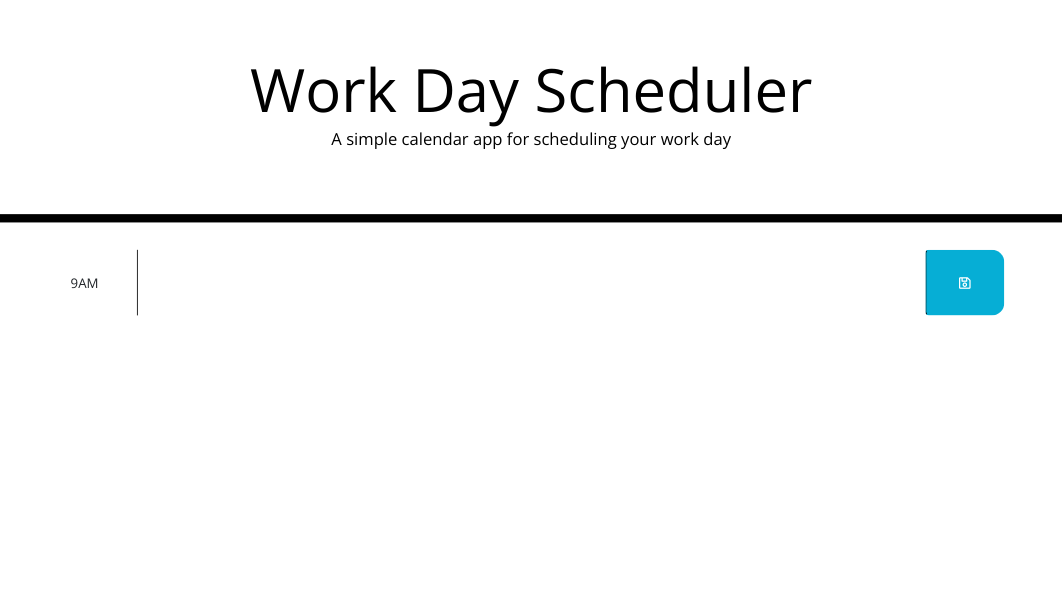
Repository: cobalt88/work-day-scheduler
Page: index.html
An editor plug-in stored every save of this project. The page is shown before and after the next save, followed by the edit.
The browser window is 1280 px wide. The pictures show the whole page, at 83% of full size.
Some web libraries are served in a nearby version.

Above is the page before, as saved 2022-03-25 15:28:17.

After the next save:
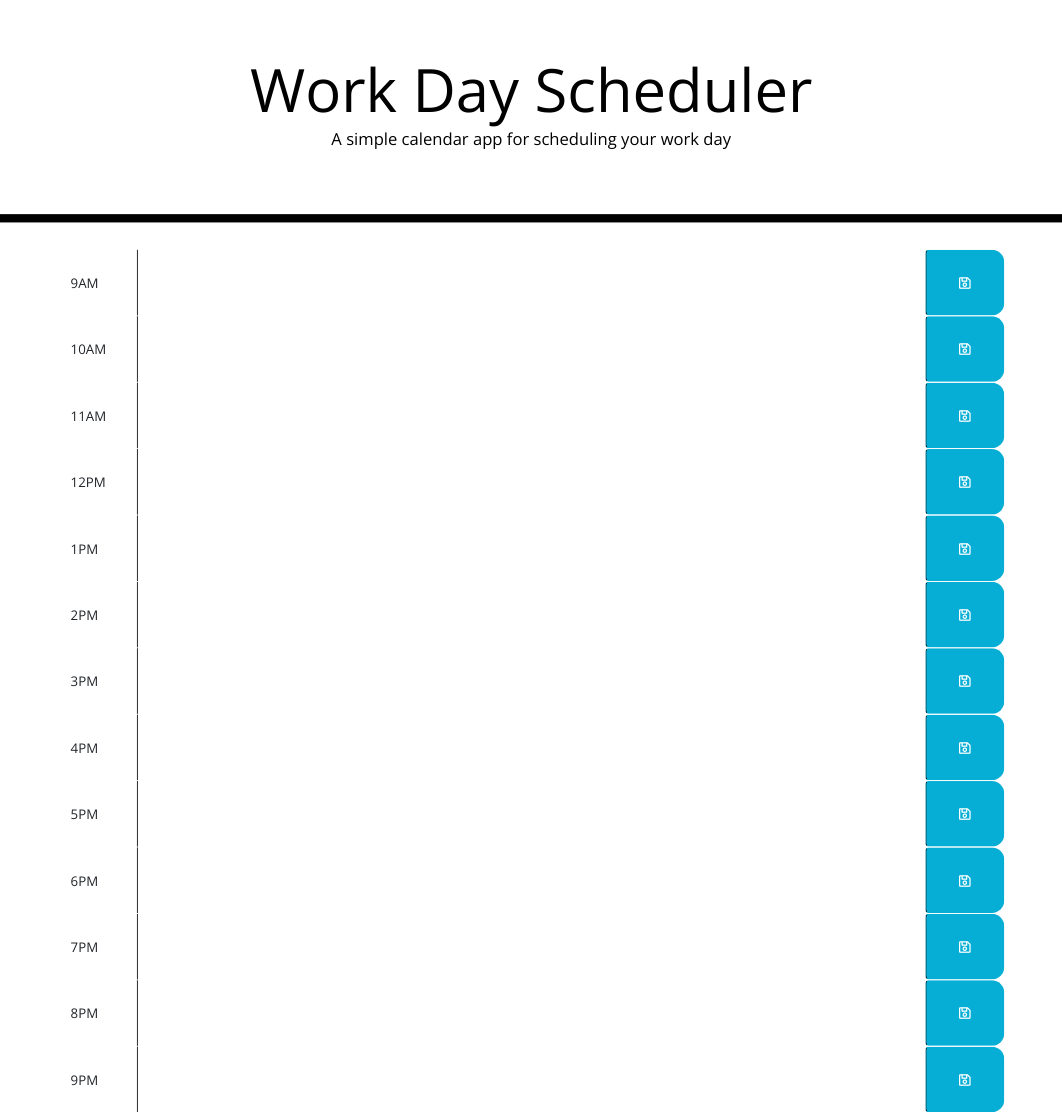
Saved 56 min 15 s later.
--- a/index.html
+++ b/index.html
@@ -30,13 +30,111 @@
     </header>
     <div class="container">
       <!-- Timeblocks go here -->
-      <div class="row time-slot" id="hr-9">
+      <div class="row time-slot" id="hr-9A">
         <div class="col-md-1 ">
           9AM
         </div>
         <textarea class="col-md-10 reservation"></textarea>
         <button class="btn saveBtn col-md-1 far fa-save"></button>
       </div>
+
+      <div class="row time-slot" id="hr-10A">
+        <div class="col-md-1 ">
+          10AM
+        </div>
+        <textarea class="col-md-10 reservation"></textarea>
+        <button class="btn saveBtn col-md-1 far fa-save"></button>
+      </div>
+
+      <div class="row time-slot" id="hr-11A">
+        <div class="col-md-1 ">
+          11AM
+        </div>
+        <textarea class="col-md-10 reservation"></textarea>
+        <button class="btn saveBtn col-md-1 far fa-save"></button>
+      </div>
+
+      <div class="row time-slot" id="hr-12P">
+        <div class="col-md-1 ">
+          12PM
+        </div>
+        <textarea class="col-md-10 reservation"></textarea>
+        <button class="btn saveBtn col-md-1 far fa-save"></button>
+      </div>
+
+      <div class="row time-slot" id="hr-1P">
+        <div class="col-md-1 ">
+          1PM
+        </div>
+        <textarea class="col-md-10 reservation"></textarea>
+        <button class="btn saveBtn col-md-1 far fa-save"></button>
+      </div>
+
+      <div class="row time-slot" id="hr-2P">
+        <div class="col-md-1 ">
+          2PM
+        </div>
+        <textarea class="col-md-10 reservation"></textarea>
+        <button class="btn saveBtn col-md-1 far fa-save"></button>
+      </div>
+
+      <div class="row time-slot" id="hr-3P">
+        <div class="col-md-1 ">
+          3PM
+        </div>
+        <textarea class="col-md-10 reservation"></textarea>
+        <button class="btn saveBtn col-md-1 far fa-save"></button>
+      </div>
+
+      <div class="row time-slot" id="hr-4P">
+        <div class="col-md-1 ">
+          4PM
+        </div>
+        <textarea class="col-md-10 reservation"></textarea>
+        <button class="btn saveBtn col-md-1 far fa-save"></button>
+      </div>
+
+      <div class="row time-slot" id="hr-5P">
+        <div class="col-md-1 ">
+          5PM
+        </div>
+        <textarea class="col-md-10 reservation"></textarea>
+        <button class="btn saveBtn col-md-1 far fa-save"></button>
+      </div>
+
+      <div class="row time-slot" id="hr-6P">
+        <div class="col-md-1 ">
+          6PM
+        </div>
+        <textarea class="col-md-10 reservation"></textarea>
+        <button class="btn saveBtn col-md-1 far fa-save"></button>
+      </div>
+
+      <div class="row time-slot" id="hr-7P">
+        <div class="col-md-1 ">
+          7PM
+        </div>
+        <textarea class="col-md-10 reservation"></textarea>
+        <button class="btn saveBtn col-md-1 far fa-save"></button>
+      </div>
+
+      <div class="row time-slot" id="hr-8P">
+        <div class="col-md-1 ">
+          8PM
+        </div>
+        <textarea class="col-md-10 reservation"></textarea>
+        <button class="btn saveBtn col-md-1 far fa-save"></button>
+      </div>
+
+      <div class="row time-slot" id="hr-9P">
+        <div class="col-md-1 ">
+          9PM
+        </div>
+        <textarea class="col-md-10 reservation"></textarea>
+        <button class="btn saveBtn col-md-1 far fa-save"></button>
+      </div>
+
+
     </div>
 
     <script src="https://code.jquery.com/jquery-3.4.1.min.js"></script>
